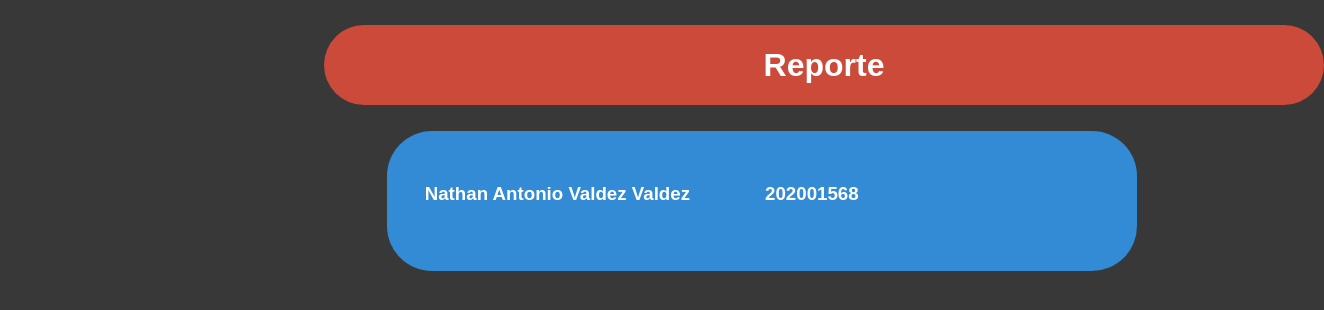
Repository: nathanvdev/LFP_PR_202001568
Page: plantilla.html
An editor plug-in stored every save of this project. The page is shown before and after a run of saves, followed by the edit.
The browser window is 1280 px wide. The page is 1324 px wide, so the pictures cover 1324 px, including what lies to the right of the window. The pictures show the whole page.

Above is the page before, as saved 2022-02-19 18:53:30.

After the next 2 saves:
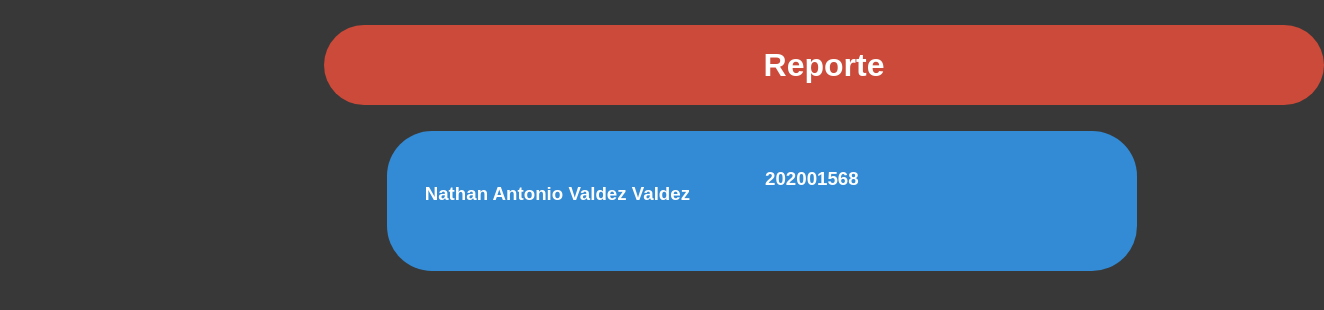
The 2 saves are shown as one change because they came seconds apart.
The last was saved 9 s later.
--- a/plantilla.html
+++ b/plantilla.html
@@ -43,7 +43,7 @@
             Nathan Antonio Valdez Valdez
         </h3>
         <h3 style="color: white;
-        padding-top: 15px; margin: 5%; float: left;">
+         margin: 5%; float: left;">
             202001568
         </h3>
     </div>
